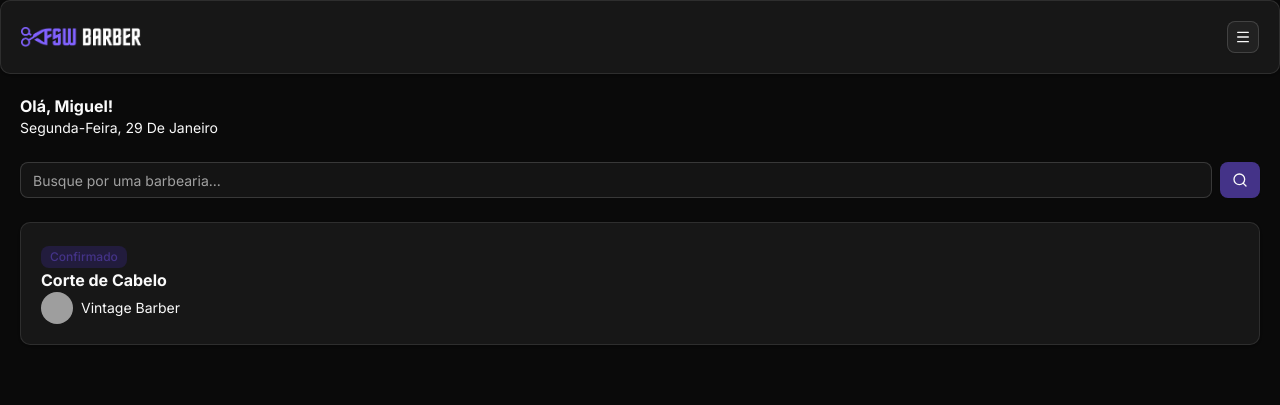
Repository: PaulinhoMachadooo/Barber
Page: /
These files come from the project's save history. The page is drawn as it stood at one moment and after the next save; the edit follows.
The browser window is 1280 px wide. The pictures show the whole page.
Pictures or frames that could not be fetched are drawn as grey boxes. The project was rebuilt for these pictures with package versions that can differ from the ones it lists, and the page was loaded fresh each time. The framework's server and built-in components were replaced by stand-ins that run in the browser. Also part of the build but not shown: next.config.ts.

Above is the page before, as saved 2025-04-13 18:43:10.

After the next save:
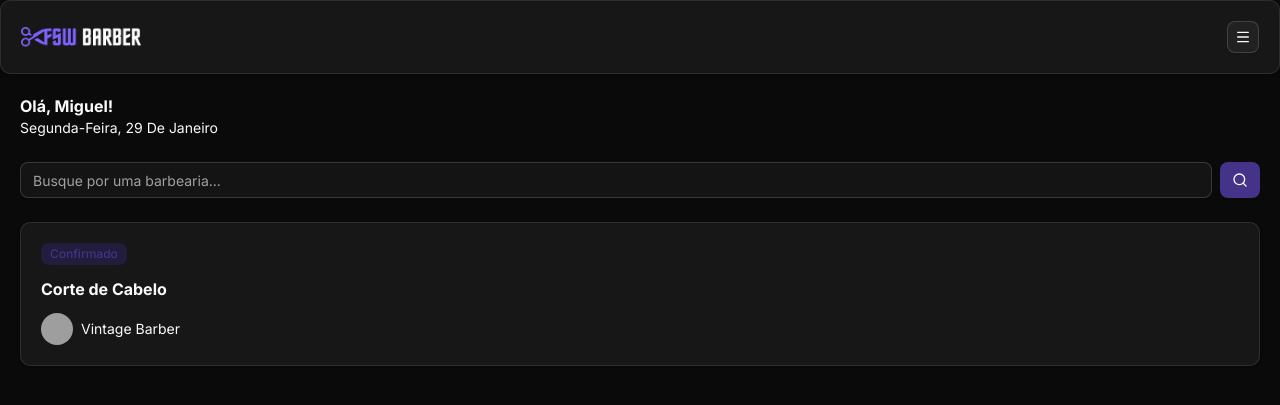
Saved 86 s later.
--- a/app/_components/booking-item.tsx
+++ b/app/_components/booking-item.tsx
@@ -7,7 +7,7 @@ const  BookingItem = () => {
     return (
         <Card>
             <CardContent className="p-5">
-                <div >
+                <div className="flex flex-col gap-3">
                     <Badge className="bg-[#221C3D] text-primary">Confirmado</Badge>
                     <h2 className="font-bold">Corte de Cabelo</h2>
 
